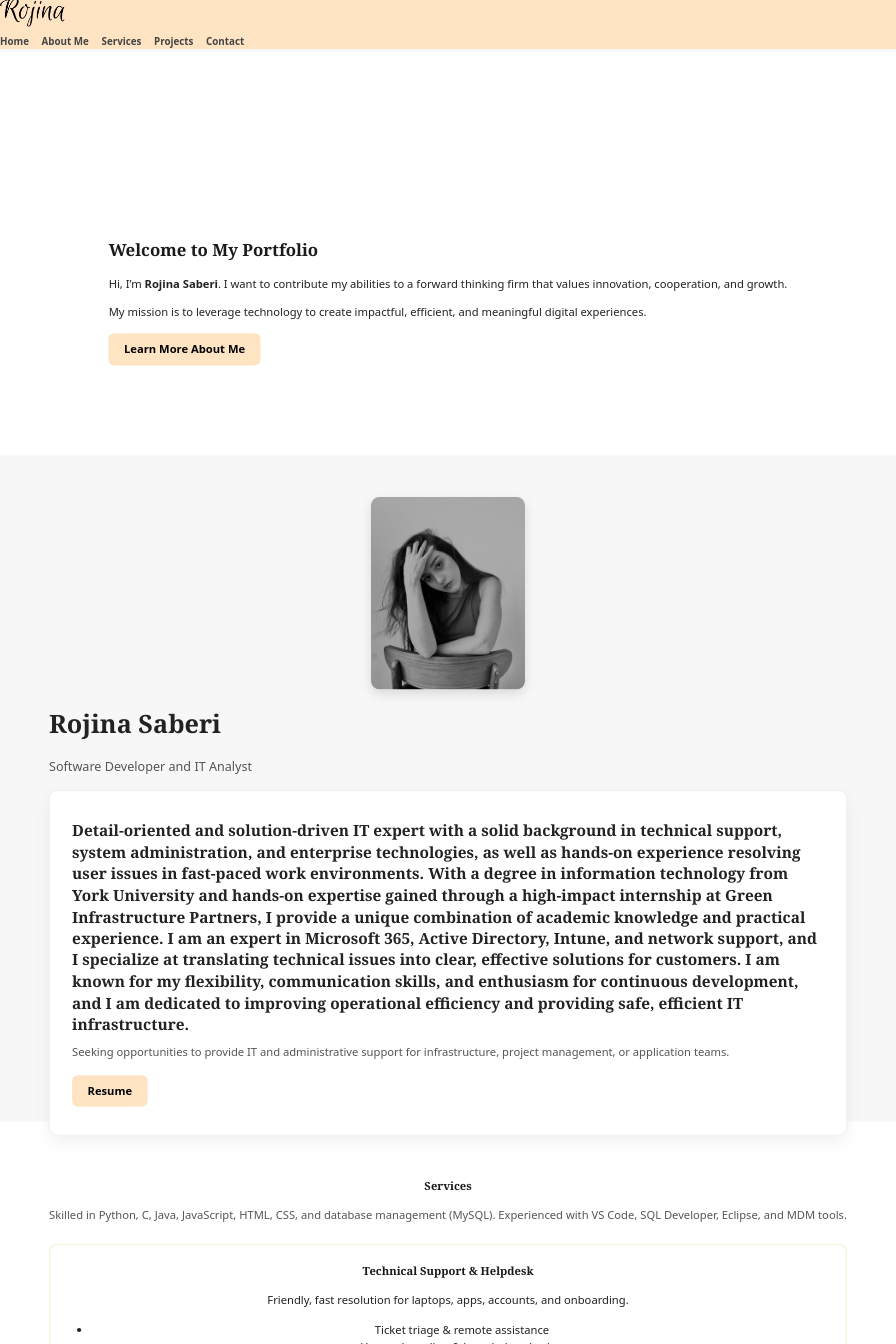
Repository: rozhinasaberi/MyPortfolio
Page: / (app in client/)
These files come from the project's save history. The page is drawn as it stood at one moment and after the next save; the edit follows.
The browser window is 1280 px wide. The pictures show the part of the page from y = 0 to 1920 px (the page is 5541 px tall), at 70% of full size.
The project was rebuilt for these pictures with package versions that can differ from the ones it lists, and the page was loaded fresh each time.

Above is the page before, as saved 2025-09-17 06:11:36.

After the next save:
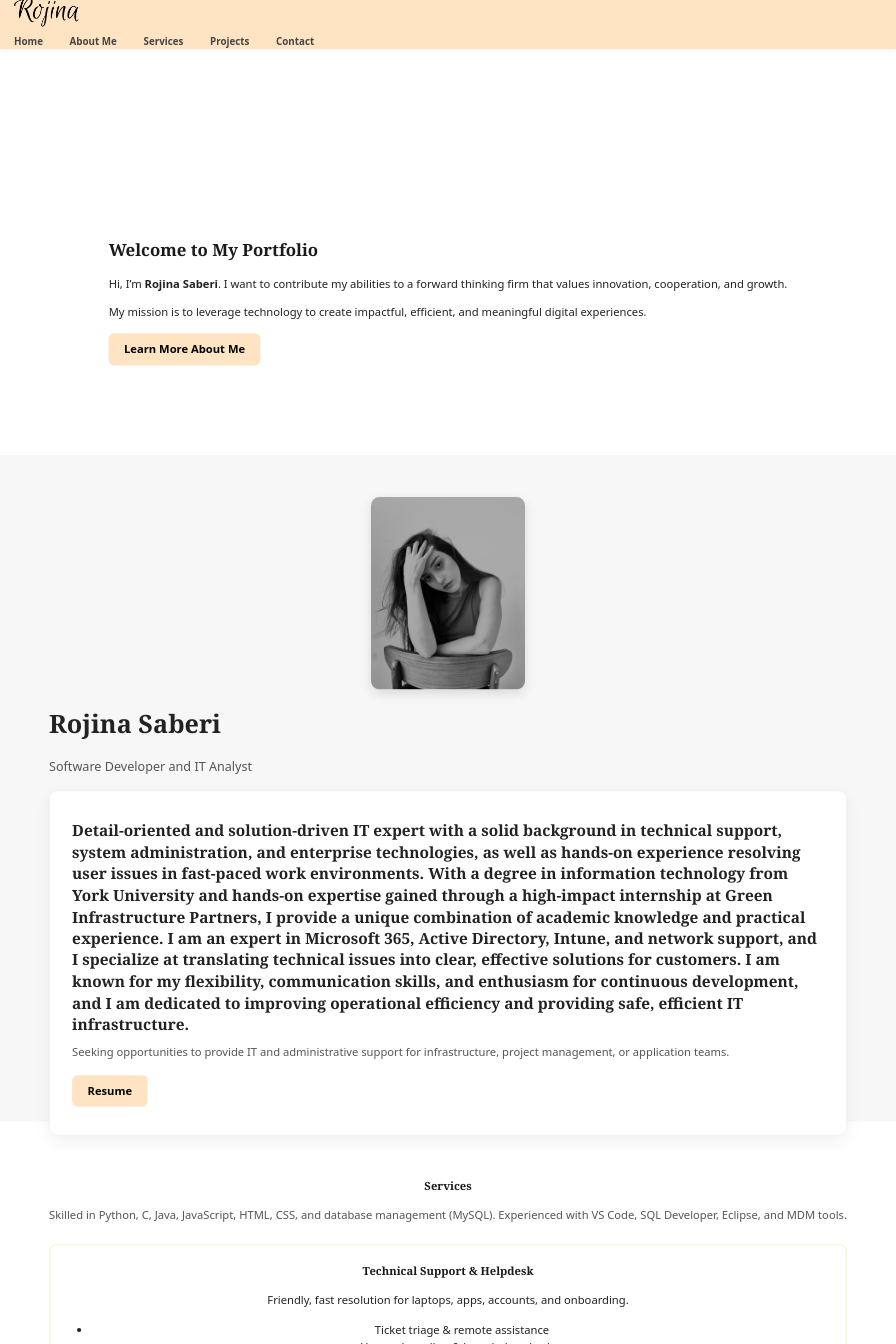
Saved 8 s later.
--- a/client/src/midterm1.css
+++ b/client/src/midterm1.css
@@ -49,13 +49,14 @@
   .logo img { max-height: 40px; }
 
   .navbar ul {
-    margin-left: 20px;
+
     margin: 0; padding: 0;
     list-style: none;
     display: flex; align-items: center; gap: 18px;
   }
 
   .navbar a, .nav-link {
+    margin-left: 20px;
     text-decoration: none;
     font-size: 14px;
     font-weight: 600;
